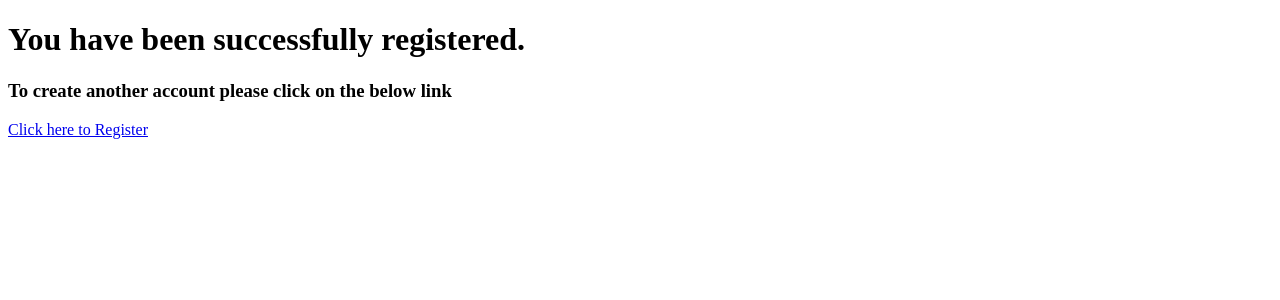
Repository: KGDarshan/BankApplication
Page: CaravanBanking/WebContent/SuccessReg.html
An editor plug-in stored every save of this project. The page is shown before and after the next save, followed by the edit.
The browser window is 1280 px wide. The pictures show the whole page.

Above is the page before, as saved 2020-10-09 04:26:00.

### CaravanBanking/WebContent/SuccessReg.html
<!DOCTYPE html>
<html>
<head>
<meta charset="ISO-8859-1">
<title>Insert title here</title>
</head>
<body>
	<h1>You have been successfully registered.</h1>
	<h3>To create another account please click on the below link</h3>
	<a href="Register.html">Click here to Register</a>
</body>
</html>

After the next save:
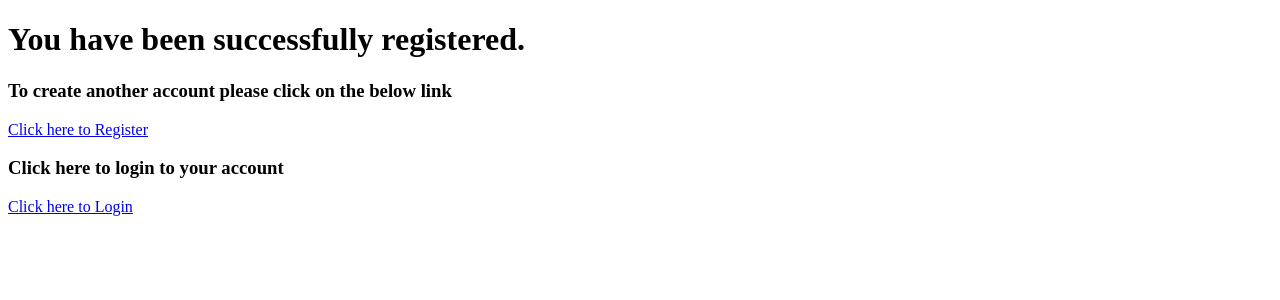
Saved 48 s later.
--- a/CaravanBanking/WebContent/SuccessReg.html
+++ b/CaravanBanking/WebContent/SuccessReg.html
@@ -7,6 +7,8 @@
 <body>
 	<h1>You have been successfully registered.</h1>
 	<h3>To create another account please click on the below link</h3>
-	<a href="Register.html">Click here to Register</a>
+	<a href="Register.html">Click here to Register</a><br>
+	<h3>Click here to login to your account</h3>
+	<a href="Register.html">Click here to Login</a>
 </body>
 </html>
